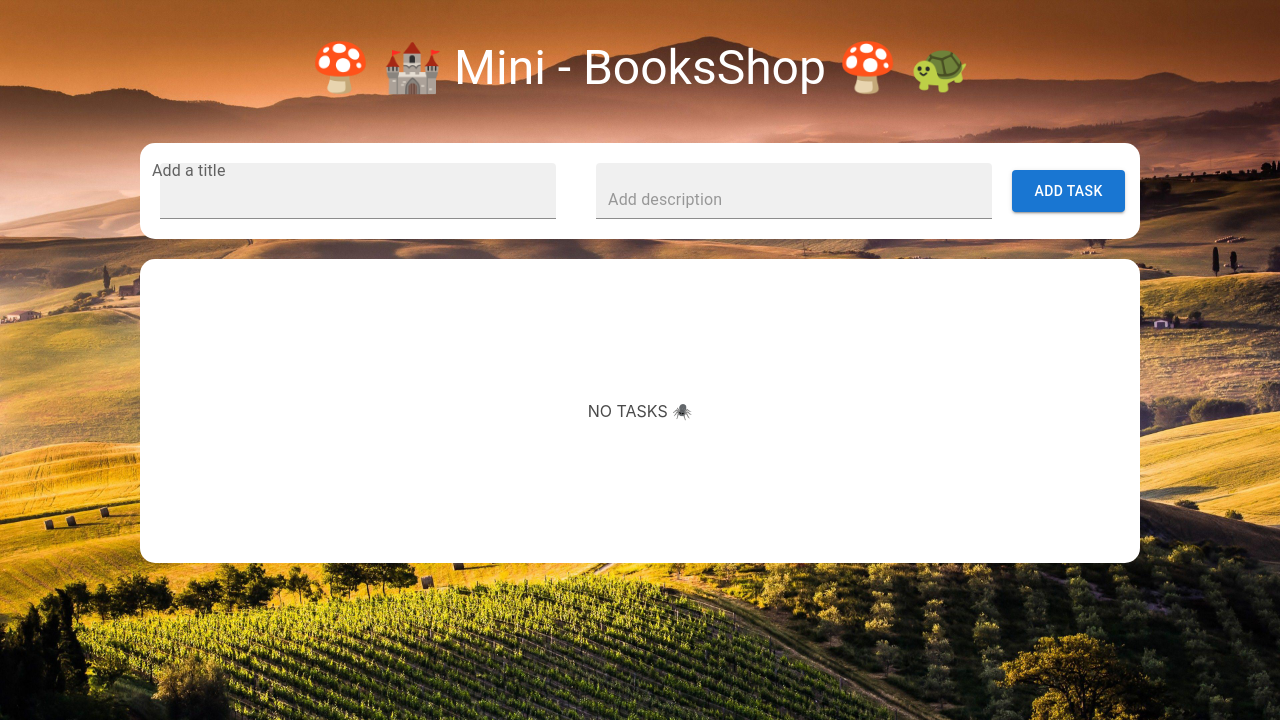
Repository: Tracy-maker/mini-bookshop
Page: /
The author's editor kept a copy of each file at every save. The page is drawn from the files as they stood at one save, then again after the next save.
The browser window is 1280 px wide. The pictures show the whole page.
The project was rebuilt for these pictures with package versions that can differ from the ones it lists, and the page was loaded fresh each time. Also part of the build but not shown: src/components/TaskEdit.js, src/components/TaskShow.js.

Above is the page before, as saved 2023-09-21 13:33:21.

### src/index.js
import "./index.css";
import React from "react";
import ReactDOM from "react-dom/client";
import App from "./App";


const el = document.getElementById("root");
const root = ReactDOM.createRoot(el);

root.render(
  <React.StrictMode>
    <App />
  </React.StrictMode>
);

### src/App.js
import { useState, useEffect } from "react";
import CreateTask from "./components/CreateTask";
import TaskList from "./components/TaskList";
import { Box, Stack } from "@mui/material";
import styled from "styled-components";
import Typography from "@mui/material/Typography";
import Image1 from "./image/7.jpg";

const StyledContainer = styled(Stack)`
  height: 100vh;
  width: 100%;
  display: flex;
  align-items: stretch;
  padding-top: 30px;
  background-image: url(${Image1});
  background-size: cover;
  background-repeat: no-repeat;
  gap: 20px;
`;

const TaskForm = styled(Box)`
  margin-left: auto;
  margin-right: auto;
  width: 1000px;
  background-color: white;
  border-radius: 15px;

  @media (max-width: 768px) {
    width: 100%;
  }
`;
const Title = styled(Typography)`
  color: white;
  margin: auto;
  width: 100%;
  padding: 10px;
  text-align: center;
`;

function App() {
  const [tasks, setTasks] = useState(() => {
    const localValue = localStorage.getItem("tasks");
    if (localValue == null) return [];
    return JSON.parse(localValue);
  });

  useEffect(() => {
    localStorage.setItem("tasks", JSON.stringify(tasks));
  }, [tasks]);

  const createTask = (title, description) => {
    const newTask = {
      id: crypto.randomUUID(),
      title: title,
      description: description,
      status: "inProgress",
    };

    const existingTasks = JSON.parse(localStorage.getItem("tasks")) || [];
    existingTasks.push(newTask);
    localStorage.setItem("tasks", JSON.stringify(existingTasks));
    setTasks(existingTasks);
  };

  const deleteTasksById = (id) => {
    const existingTasks = JSON.parse(localStorage.getItem("tasks")) || [];
    const updatedTasks = existingTasks.filter((task) => {
      return task.id !== id;
    });
    localStorage.setItem("tasks", JSON.stringify(updatedTasks));
    setTasks(updatedTasks);
  };

  const editTaskById = (id, newTitle, newDescription) => {
    const existingTasks = JSON.parse(localStorage.getItem("tasks")) || [];
    const taskToEdit = existingTasks.findIndex((task) => task.id === id);

    if (taskToEdit) {
      const updatedTask = {
        ...taskToEdit,
        title: newTitle,
        description: newDescription,
      };

      const updatedTasks = existingTasks.map((task) =>
        task.id === id ? updatedTask : task
      );
      localStorage.setItem("tasks", JSON.stringify(updatedTasks));
      setTasks(updatedTasks);
    }
  };

  return (
    <StyledContainer>
      <Title variant="h3" gutterBottom>
        🍄 🏰 Mini - BooksShop 🍄 🐢
      </Title>
      <TaskForm>
        <CreateTask onCreate={createTask} />
      </TaskForm>
      <TaskForm>
        <TaskList
          tasks={tasks}
          onDelete={deleteTasksById}
          onEdit={editTaskById}
        />
      </TaskForm>
    </StyledContainer>
  );
}
export default App;

### src/components/CreateTask.js
import * as React from "react";
import Stack from "@mui/material/Stack";
import TextField from "@mui/material/TextField";
import Button from "@mui/material/Button";
import { useState } from "react";
import { styled } from "@mui/material";

const Input = styled(TextField)`
  padding:2%;
  width: 80%;
`;

const AddButton = styled(Button)`
  margin: auto;
  width: 20%;
  padding: 9px;
  text-align: center;
  margin-right: 15px;
`;

function CreateTask(props) {
  const [title, setTitle] = useState("");
  const [description, setDescription] = useState("");

  const handleChange = (event) => {
    const { name, value } = event.target;
    if (name === "title") {
      setTitle(value);
    } else if (name === "description") {
      setDescription(value);
    }
  };

  const handleSubmit = (event) => {
    event.preventDefault();
    if (title.trim() !== "" || description.trim() !== "") {
      props.onCreate( title, description );
      setTitle("");
      setDescription("");
    }
  };

  return (
    <Stack onSubmit={handleSubmit} component="form" direction="row">
      <Input
      id="outlined-basic"
        name="title"
        value={title}
        onChange={handleChange}
        label="Add a title"
        variant="filled"
      />
      <Input
        name="description"
        value={description}
        onChange={handleChange}
        placeholder="Add description"
        variant="filled"
      />
      <AddButton type="submit" variant="contained">
        Add Task
      </AddButton>
    </Stack>
  );
}

export default CreateTask;

### src/components/TaskList.js
import React from "react";
import TaskShow from "./TaskShow";
import { Box } from "@mui/material";
import styled from "styled-components";

const Reminder = styled(Box)`
  text-align: center;
  padding: ${(props) => (props.noTasks ? "14%" : "0")};
`;

function TaskList(props) {
  const renderedTasksList = props.tasks.map((task) => {
    return (
      <TaskShow
        key={task.id}
        task={task}
        onDelete={props.onDelete}
        onEdit={props.onEdit}
        toggleCheckedBoxById={props.toggleCheckedBoxById}
      />
    );
  });

  return (
    <>
      <Reminder noTasks={props.tasks.length === 0}>
        {props.tasks.length === 0 && "NO TASKS 🕷️"}
      </Reminder>
      {renderedTasksList}
    </>
  );
}

export default TaskList;

Loaded but not shown: public/index.html (common file); src/index.css (library)

After the next save:
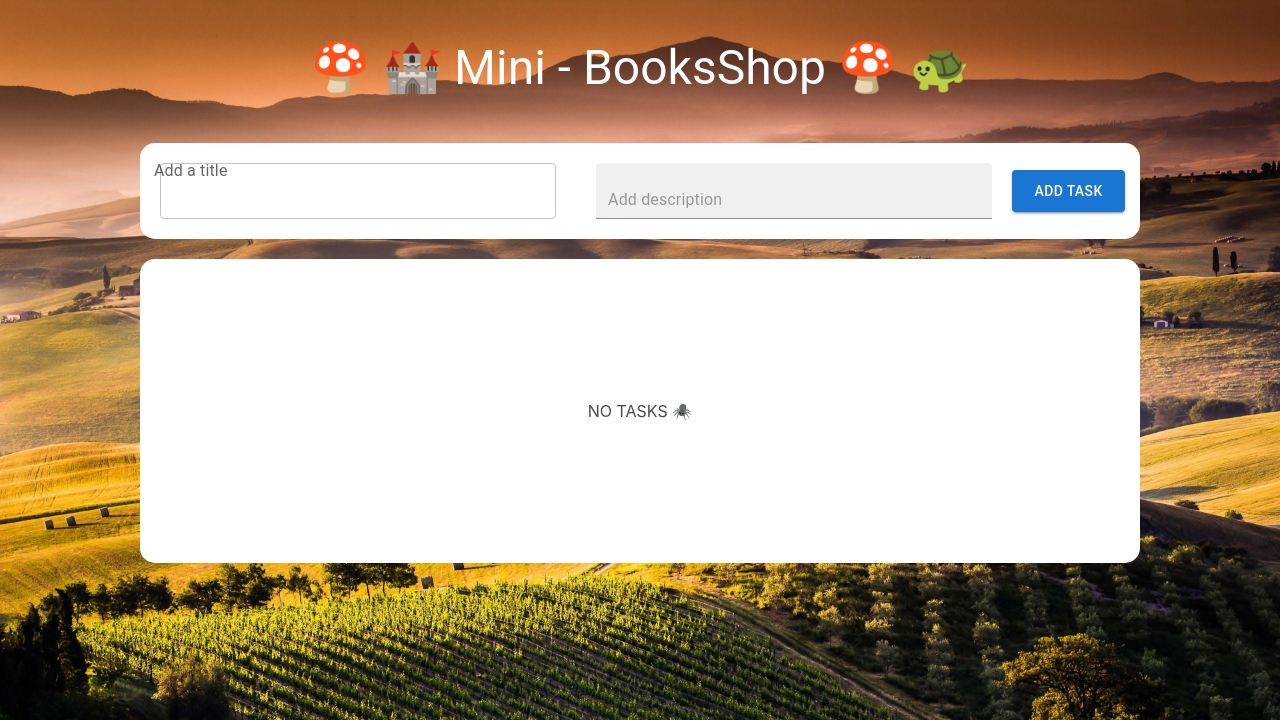
Saved 25 s later.
--- a/src/components/CreateTask.js
+++ b/src/components/CreateTask.js
@@ -48,7 +48,7 @@ function CreateTask(props) {
         value={title}
         onChange={handleChange}
         label="Add a title"
-        variant="filled"
+        variant="outlined"
       />
       <Input
         name="description"
